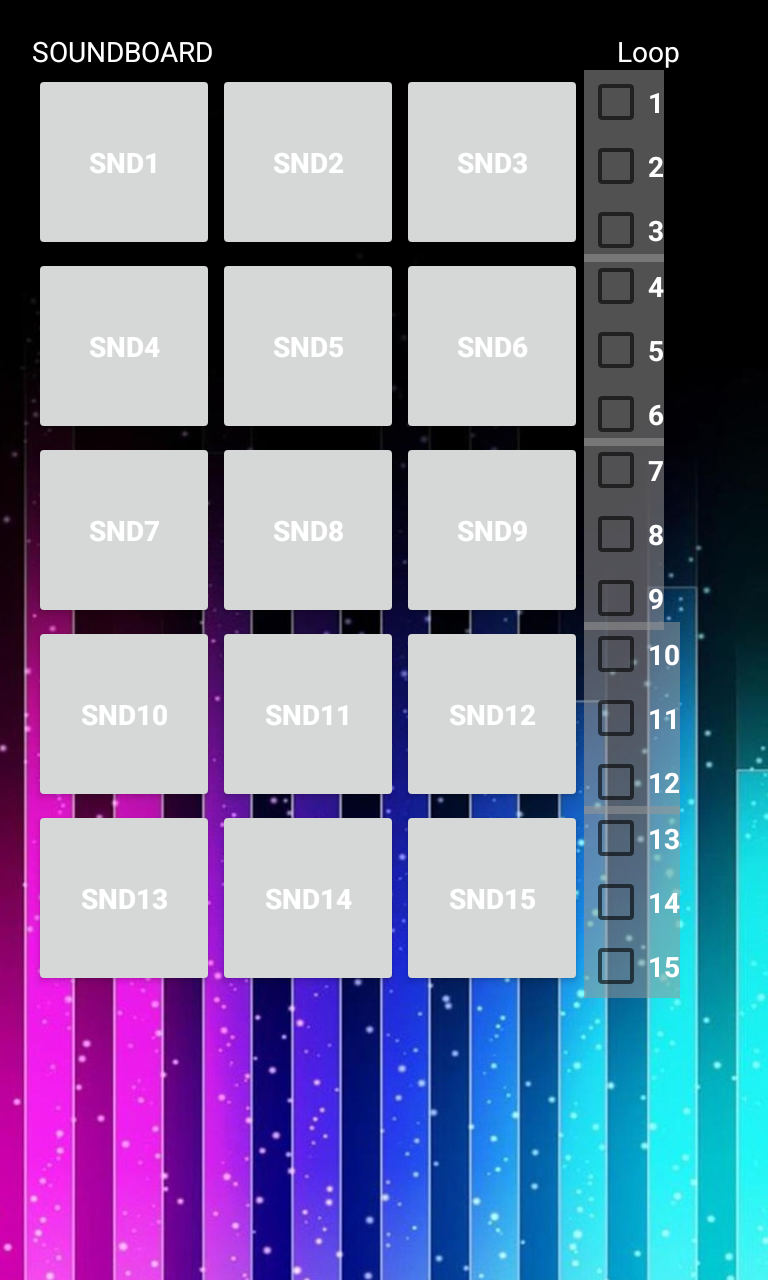
Repository: SoundBoardJAMJ/Project
Layout: workspace/SoundBoard/res/layout/defboard.xml
These files come from the project's save history. The layout is drawn as it stood at one moment and after the next save; the edit follows.
It is drawn on a 768 x 1280 px phone screen (xhdpi) without system bars, with theme AppTheme; the app's code is not run.

Above is the layout before, as saved 2014-05-02 07:25:08.

### workspace/SoundBoard/res/layout/defboard.xml
<ScrollView xmlns:android="http://schemas.android.com/apk/res/android"
xmlns:tools="http://schemas.android.com/tools"
android:layout_width="match_parent"
android:background="@drawable/image1"
android:layout_height="match_parent" >

<RelativeLayout
    android:layout_width="match_parent"
    android:layout_height="600dp"
    android:paddingBottom="@dimen/activity_vertical_margin"
    android:paddingLeft="@dimen/activity_horizontal_margin"
    android:paddingRight="@dimen/activity_horizontal_margin"
    android:paddingTop="@dimen/activity_vertical_margin"
    tools:context="com.example.soundtest.DefBoard$PlaceholderFragment" >

    <TextView
        android:id="@+id/textView1"
        android:layout_width="wrap_content"
        android:layout_height="wrap_content"
        android:textColor="@android:color/white"
        android:alpha="1.0"
        android:text="SOUNDBOARD" />

    <Button
        android:id="@+id/button1"
        android:layout_width="92dp"
        android:layout_height="92dp"
        android:layout_alignLeft="@+id/textView1"
        android:layout_below="@+id/textView1"
        android:onClick="ButtonOnClick"
        android:textColor="@android:color/white"
        android:alpha="1.0"
        android:textStyle="bold"
        android:text="snd1" />

    <Button
        android:id="@+id/button3"
        android:layout_width="92dp"
        android:layout_height="92dp"
        android:layout_alignBaseline="@+id/button2"
        android:layout_alignBottom="@+id/button2"
        android:layout_toRightOf="@+id/button2"
        android:onClick="ButtonOnClick"
        android:textColor="@android:color/white"
        android:alpha="1.0"
        android:textStyle="bold"
        android:text="snd3" />

    <Button
        android:id="@+id/button2"
        android:layout_width="92dp"
        android:layout_height="92dp"
        android:layout_alignBaseline="@+id/button1"
        android:layout_alignBottom="@+id/button1"
        android:layout_toRightOf="@+id/button1"
        android:onClick="ButtonOnClick"
        android:textColor="@android:color/white"
        android:alpha="1.0"
        android:textStyle="bold"
        android:text="snd2" />

    <Button
        android:id="@+id/button8"
        android:layout_width="92dp"
        android:layout_height="92dp"
        android:layout_alignBaseline="@+id/button7"
        android:layout_alignBottom="@+id/button7"
        android:layout_toRightOf="@+id/button4"
        android:onClick="ButtonOnClick"
        android:textColor="@android:color/white"
        android:alpha="1.0"
        android:textStyle="bold"
        android:text="snd8" />

    <Button
        android:id="@+id/button7"
        android:layout_width="92dp"
        android:layout_height="92dp"
        android:layout_below="@+id/button4"
        android:layout_toLeftOf="@+id/button8"
        android:onClick="ButtonOnClick"
        android:textColor="@android:color/white"
        android:alpha="1.0"
        android:textStyle="bold"
        android:text="snd7" />

    <Button
        android:id="@+id/button6"
        android:layout_width="92dp"
        android:layout_height="92dp"
        android:layout_alignBaseline="@+id/button5"
        android:layout_alignBottom="@+id/button5"
        android:layout_toRightOf="@+id/button5"
        android:onClick="ButtonOnClick"
        android:textColor="@android:color/white"
        android:alpha="1.0"
        android:textStyle="bold"
        android:text="snd6" />

    <Button
        android:id="@+id/button9"
        android:layout_width="92dp"
        android:layout_height="92dp"
        android:layout_alignBaseline="@+id/button8"
        android:layout_alignBottom="@+id/button8"
        android:layout_alignLeft="@+id/button6"
        android:onClick="ButtonOnClick"
        android:textColor="@android:color/white"
        android:alpha="1.0"
        android:textStyle="bold"
        android:text="snd9" />

    <Button
        android:id="@+id/button5"
        android:layout_width="92dp"
        android:layout_height="92dp"
        android:layout_below="@+id/button1"
        android:layout_toRightOf="@+id/button1"
        android:onClick="ButtonOnClick"
        android:textColor="@android:color/white"
        android:alpha="1.0"
        android:textStyle="bold"
        android:text="snd5" />

    <Button
        android:id="@+id/button10"
        android:layout_width="92dp"
        android:layout_height="92dp"
        android:layout_alignParentLeft="true"
        android:layout_below="@+id/button7"
        android:onClick="ButtonOnClick"
        android:textColor="@android:color/white"
        android:alpha="1.0"
        android:textStyle="bold"
        android:text="snd10" />

    <Button
        android:id="@+id/button11"
        android:layout_width="92dp"
        android:layout_height="92dp"
        android:layout_alignBaseline="@+id/button10"
        android:layout_alignBottom="@+id/button10"
        android:layout_toRightOf="@+id/button10"
        android:onClick="ButtonOnClick"
        android:textColor="@android:color/white"
        android:alpha="1.0"
        android:textStyle="bold"
        android:text="snd11" />

    <Button
        android:id="@+id/button13"
        android:layout_width="92dp"
        android:layout_height="92dp"
        android:layout_alignParentLeft="true"
        android:layout_below="@+id/button10"
        android:onClick="ButtonOnClick"
        android:textColor="@android:color/white"
        android:alpha="1.0"
        android:textStyle="bold"
        android:text="snd13" />

    <Button
        android:id="@+id/button14"
        android:layout_width="92dp"
        android:layout_height="92dp"
        android:layout_below="@+id/button10"
        android:layout_toLeftOf="@+id/button12"
        android:alpha="1.0"
        android:onClick="ButtonOnClick"
        android:text="snd14"
        android:textColor="@android:color/white"
        android:textStyle="bold" />

    <Button
        android:id="@+id/button15"
        android:layout_width="92dp"
        android:layout_height="92dp"
        android:layout_below="@+id/button11"
        android:layout_toRightOf="@+id/button14"
        android:alpha="1.0"
        android:onClick="ButtonOnClick"
        android:text="snd15"
        android:textColor="@android:color/white"
        android:textStyle="bold" />

    <Button
        android:id="@+id/button12"
        android:layout_width="92dp"
        android:layout_height="92dp"
        android:layout_below="@+id/button8"
        android:layout_toRightOf="@+id/button11"
        android:onClick="ButtonOnClick"
        android:textColor="@android:color/white"
        android:alpha="1.0"
        android:textStyle="bold"
        android:text="snd12" />

    <Button
        android:id="@+id/button4"
        android:layout_width="92dp"
        android:layout_height="92dp"
        android:layout_alignBaseline="@+id/button5"
        android:layout_alignBottom="@+id/button5"
        android:layout_toLeftOf="@+id/button5"
        android:onClick="ButtonOnClick"
        android:textColor="@android:color/white"
        android:alpha="1.0"
        android:textStyle="bold"
        android:text="snd4" />

    <CheckBox
        android:id="@+id/checkBox1"
        android:layout_width="wrap_content"
        android:layout_height="wrap_content"
        android:layout_alignTop="@+id/button3"
        android:layout_toRightOf="@+id/button3"
        android:alpha="1.0"
        android:onClick="TogOnClick"
        android:text="1"
        android:background="#88999999"
        android:textColor="@android:color/white"
        android:textStyle="bold" />

    <CheckBox
        android:id="@+id/checkBox2"
        android:layout_width="wrap_content"
        android:layout_height="wrap_content"
        android:layout_below="@+id/checkBox1"
        android:layout_toRightOf="@+id/button3"
        android:onClick="TogOnClick"
        android:textColor="@android:color/white"
        android:alpha="1.0"
        android:textStyle="bold"
        android:background="#88999999"
        android:text="2" />

    <CheckBox
        android:id="@+id/checkBox3"
        android:layout_width="wrap_content"
        android:layout_height="wrap_content"
        android:layout_alignLeft="@+id/checkBox2"
        android:layout_below="@+id/checkBox2"
        android:onClick="TogOnClick"
        android:textColor="@android:color/white"
        android:alpha="1.0"
        android:textStyle="bold"
        android:background="#88999999"
        android:text="3" />

    <CheckBox
        android:id="@+id/checkBox4"
        android:layout_width="wrap_content"
        android:layout_height="wrap_content"
        android:layout_alignTop="@+id/button6"
        android:layout_toRightOf="@+id/button6"
        android:onClick="TogOnClick"
        android:textColor="@android:color/white"
        android:alpha="1.0"
        android:textStyle="bold"
        android:background="#88999999"
        android:text="4" />

    <CheckBox
        android:id="@+id/checkBox5"
        android:layout_width="wrap_content"
        android:layout_height="wrap_content"
        android:layout_below="@+id/checkBox4"
        android:layout_toRightOf="@+id/button6"
        android:onClick="TogOnClick"
        android:textColor="@android:color/white"
        android:alpha="1.0"
        android:textStyle="bold"
        android:background="#88999999"
        android:text="5" />

    <CheckBox
        android:id="@+id/checkBox6"
        android:layout_width="wrap_content"
        android:layout_height="wrap_content"
        android:layout_below="@+id/checkBox5"
        android:layout_toRightOf="@+id/button6"
        android:onClick="TogOnClick"
        android:textColor="@android:color/white"
        android:alpha="1.0"
        android:background="#88999999"
        android:textStyle="bold"
        android:text="6" />

    <CheckBox
        android:id="@+id/checkBox7"
        android:layout_width="wrap_content"
        android:layout_height="wrap_content"
        android:layout_alignTop="@+id/button9"
        android:layout_toRightOf="@+id/button9"
        android:onClick="TogOnClick"
        android:textColor="@android:color/white"
        android:alpha="1.0"
        android:textStyle="bold"
        android:background="#88999999"
        android:text="7" />

    <CheckBox
        android:id="@+id/checkBox8"
        android:layout_width="wrap_content"
        android:layout_height="wrap_content"
        android:layout_below="@+id/checkBox7"
        android:layout_toRightOf="@+id/button9"
        android:onClick="TogOnClick"
        android:textColor="@android:color/white"
        android:alpha="1.0"
        android:textStyle="bold"
        android:background="#88999999"
        android:text="8" />

    <CheckBox
        android:id="@+id/checkBox9"
        android:layout_width="wrap_content"
        android:layout_height="wrap_content"
        android:layout_below="@+id/checkBox8"
        android:layout_toRightOf="@+id/button9"
        android:onClick="TogOnClick"
        android:textColor="@android:color/white"
        android:alpha="1.0"
        android:textStyle="bold"
        android:background="#88999999"
        android:text="9" />

    <CheckBox
        android:id="@+id/checkBox10"
        android:layout_width="wrap_content"
        android:layout_height="wrap_content"
        android:layout_alignTop="@+id/button12"
        android:layout_toRightOf="@+id/button12"
        android:onClick="TogOnClick"
        android:textColor="@android:color/white"
        android:alpha="1.0"
        android:textStyle="bold"
        android:background="#88999999"
        android:text="10" />

    <CheckBox
        android:id="@+id/checkBox11"
        android:layout_width="wrap_content"
        android:layout_height="wrap_content"
        android:layout_below="@+id/checkBox10"
        android:layout_toRightOf="@+id/button12"
        android:onClick="TogOnClick"
        android:textColor="@android:color/white"
        android:alpha="1.0"
        android:textStyle="bold"
        android:background="#88999999"
        android:text="11" />

    <CheckBox
        android:id="@+id/checkBox12"
        android:layout_width="wrap_content"
        android:layout_height="wrap_content"
        android:layout_alignLeft="@+id/checkBox11"
        android:layout_below="@+id/checkBox11"
        android:onClick="TogOnClick"
        android:textColor="@android:color/white"
        android:alpha="1.0"
        android:textStyle="bold"
        android:background="#88999999"
        android:text="12" />

    <CheckBox
        android:id="@+id/checkBox13"
        android:layout_width="wrap_content"
        android:layout_height="wrap_content"
        android:layout_alignTop="@+id/button15"
        android:layout_toRightOf="@+id/button15"
        android:onClick="TogOnClick"
        android:textColor="@android:color/white"
        android:alpha="1.0"
        android:textStyle="bold"
        android:background="#88999999"
        android:text="13" />

    <CheckBox
        android:id="@+id/checkBox14"
        android:layout_width="wrap_content"
        android:layout_height="wrap_content"
        android:layout_below="@+id/checkBox13"
        android:layout_toRightOf="@+id/button15"
        android:onClick="TogOnClick"
        android:textColor="@android:color/white"
        android:alpha="1.0"
        android:background="#88999999"
        android:textStyle="bold"
        android:text="14" />

    <CheckBox
        android:id="@+id/checkBox15"
        android:layout_width="wrap_content"
        android:layout_height="wrap_content"
        android:layout_below="@+id/checkBox14"
        android:layout_toRightOf="@+id/button15"
        android:onClick="TogOnClick"
        android:textColor="@android:color/white"
        android:alpha="1.0"
        android:textStyle="bold"
        android:background="#88999999"
        android:text="15" />

    <TextView
        android:id="@+id/textView2"
        android:layout_width="wrap_content"
        android:layout_height="wrap_content"
        android:layout_alignBottom="@+id/textView1"
        android:layout_alignRight="@+id/checkBox10"
        android:textColor="@android:color/white"
        android:alpha="1.0"
        android:text="Loop" />

</RelativeLayout>
</ScrollView>

Loaded but not shown: workspace/SoundBoard/res/values/styles.xml (common file); workspace/SoundBoard/res/values-v11/styles.xml (common file); workspace/SoundBoard/res/values-v14/styles.xml (common file); workspace/SoundBoard/res/values/dimens.xml (common file); workspace/SoundBoard/res/values-w820dp/dimens.xml (common file)

After the next save:
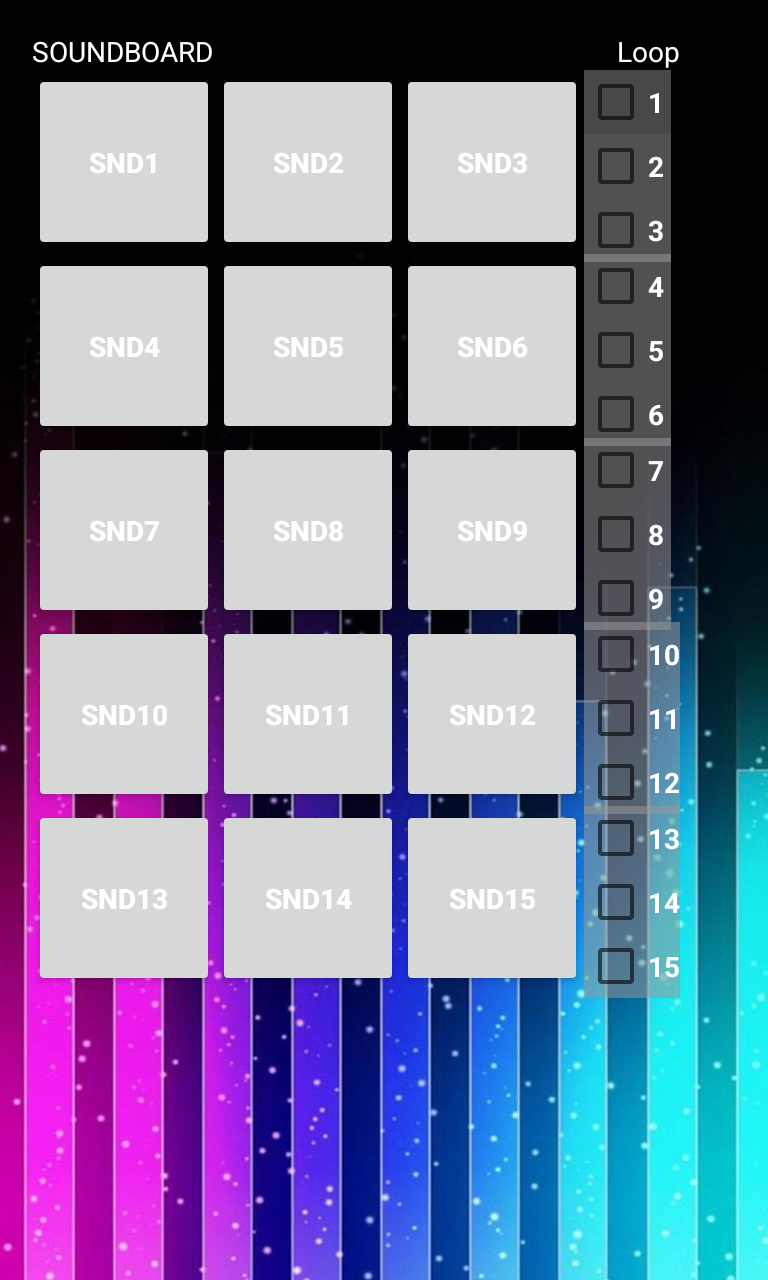
Saved 82 s later.
--- a/workspace/SoundBoard/res/layout/defboard.xml
+++ b/workspace/SoundBoard/res/layout/defboard.xml
@@ -216,8 +216,8 @@ android:layout_height="match_parent" >
         android:layout_toRightOf="@+id/button3"
         android:alpha="1.0"
         android:onClick="TogOnClick"
-        android:text="1"
-        android:background="#88999999"
+        android:text="1 "
+        android:background="#88888888"
         android:textColor="@android:color/white"
         android:textStyle="bold" />
 
@@ -232,7 +232,7 @@ android:layout_height="match_parent" >
         android:alpha="1.0"
         android:textStyle="bold"
         android:background="#88999999"
-        android:text="2" />
+        android:text="2 " />
 
     <CheckBox
         android:id="@+id/checkBox3"
@@ -245,7 +245,7 @@ android:layout_height="match_parent" >
         android:alpha="1.0"
         android:textStyle="bold"
         android:background="#88999999"
-        android:text="3" />
+        android:text="3 " />
 
     <CheckBox
         android:id="@+id/checkBox4"
@@ -258,7 +258,7 @@ android:layout_height="match_parent" >
         android:alpha="1.0"
         android:textStyle="bold"
         android:background="#88999999"
-        android:text="4" />
+        android:text="4 " />
 
     <CheckBox
         android:id="@+id/checkBox5"
@@ -271,7 +271,7 @@ android:layout_height="match_parent" >
         android:alpha="1.0"
         android:textStyle="bold"
         android:background="#88999999"
-        android:text="5" />
+        android:text="5 " />
 
     <CheckBox
         android:id="@+id/checkBox6"
@@ -284,7 +284,7 @@ android:layout_height="match_parent" >
         android:alpha="1.0"
         android:background="#88999999"
         android:textStyle="bold"
-        android:text="6" />
+        android:text="6 " />
 
     <CheckBox
         android:id="@+id/checkBox7"
@@ -297,7 +297,7 @@ android:layout_height="match_parent" >
         android:alpha="1.0"
         android:textStyle="bold"
         android:background="#88999999"
-        android:text="7" />
+        android:text="7 " />
 
     <CheckBox
         android:id="@+id/checkBox8"
@@ -310,7 +310,7 @@ android:layout_height="match_parent" >
         android:alpha="1.0"
         android:textStyle="bold"
         android:background="#88999999"
-        android:text="8" />
+        android:text="8 " />
 
     <CheckBox
         android:id="@+id/checkBox9"
@@ -323,7 +323,7 @@ android:layout_height="match_parent" >
         android:alpha="1.0"
         android:textStyle="bold"
         android:background="#88999999"
-        android:text="9" />
+        android:text="9 " />
 
     <CheckBox
         android:id="@+id/checkBox10"
